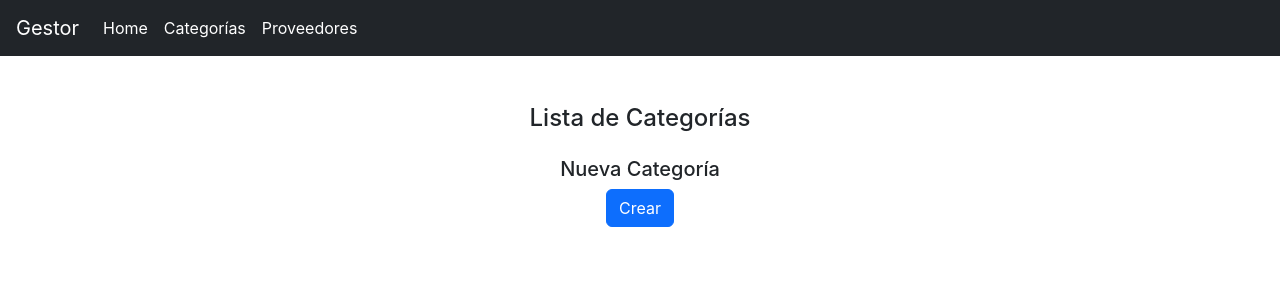
Repository: SantiagoGuaman/gestor-app
Page: /categories
These files come from the project's save history. The page is drawn as it stood at one moment and after a run of saves; the edit follows.
The browser window is 1280 px wide. The pictures show the whole page.
The page's requests for data from a server got no answer. The project was rebuilt for these pictures with package versions that can differ from the ones it lists, and the page was loaded fresh each time. No one was signed in, and anything a server would have sent is missing. Also part of the build but not shown: src/App.css, src/Proveedores/GetDataProviders.js, src/HomePage/HomePage.js.

Above is the page before, as saved 2024-02-15 09:41:58.

After the next 2 saves:
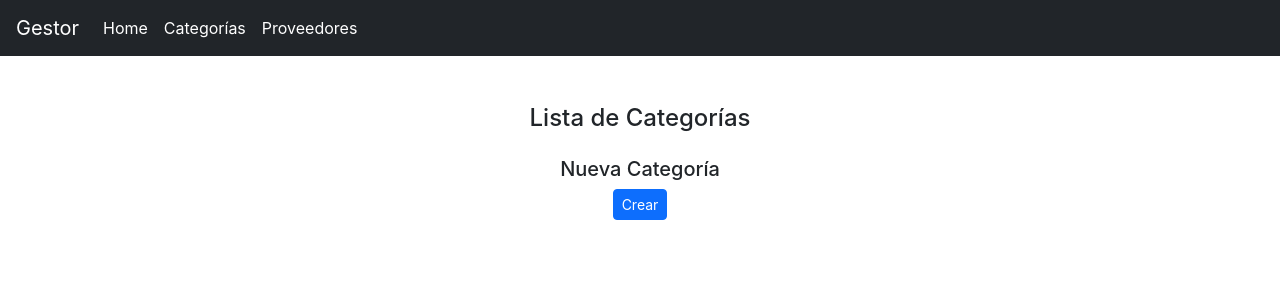
The 2 saves are shown as one change because they came seconds apart.
The last was saved 7 s later.
--- a/src/Categories/GetDataCategories.js
+++ b/src/Categories/GetDataCategories.js
@@ -141,7 +141,7 @@ function GetDataCategories() {
                                             ) : (
                                                 <>
                                                     <button className='btn btn-secondary btn-sm me-2' onClick={() => handleEdit(categoria.id_categoria, categoria.descripcion)}>Editar</button>
-                                                    <button className='btn btn-danger' onClick={() => handleDelete(categoria.id_categoria)}>Eliminar</button>
+                                                    <button className='btn btn-danger btn-sm' onClick={() => handleDelete(categoria.id_categoria)}>Eliminar</button>
                                                 </>
                                             )}
                                         </td>
@@ -153,7 +153,7 @@ function GetDataCategories() {
                 </table>
                 <div>
                     <h5>Nueva Categoría</h5>
-                    <button className='btn btn-primary' onClick={() => setCreateModalOpen(true)}>Crear</button>
+                    <button className='btn btn-primary btn-sm' onClick={() => setCreateModalOpen(true)}>Crear</button>
                     {isCreateModalOpen && (
                         <div className="modal" tabIndex="-1" role="dialog" style={{ display: 'block' }}>
                             <div className="modal-dialog" role="document">
